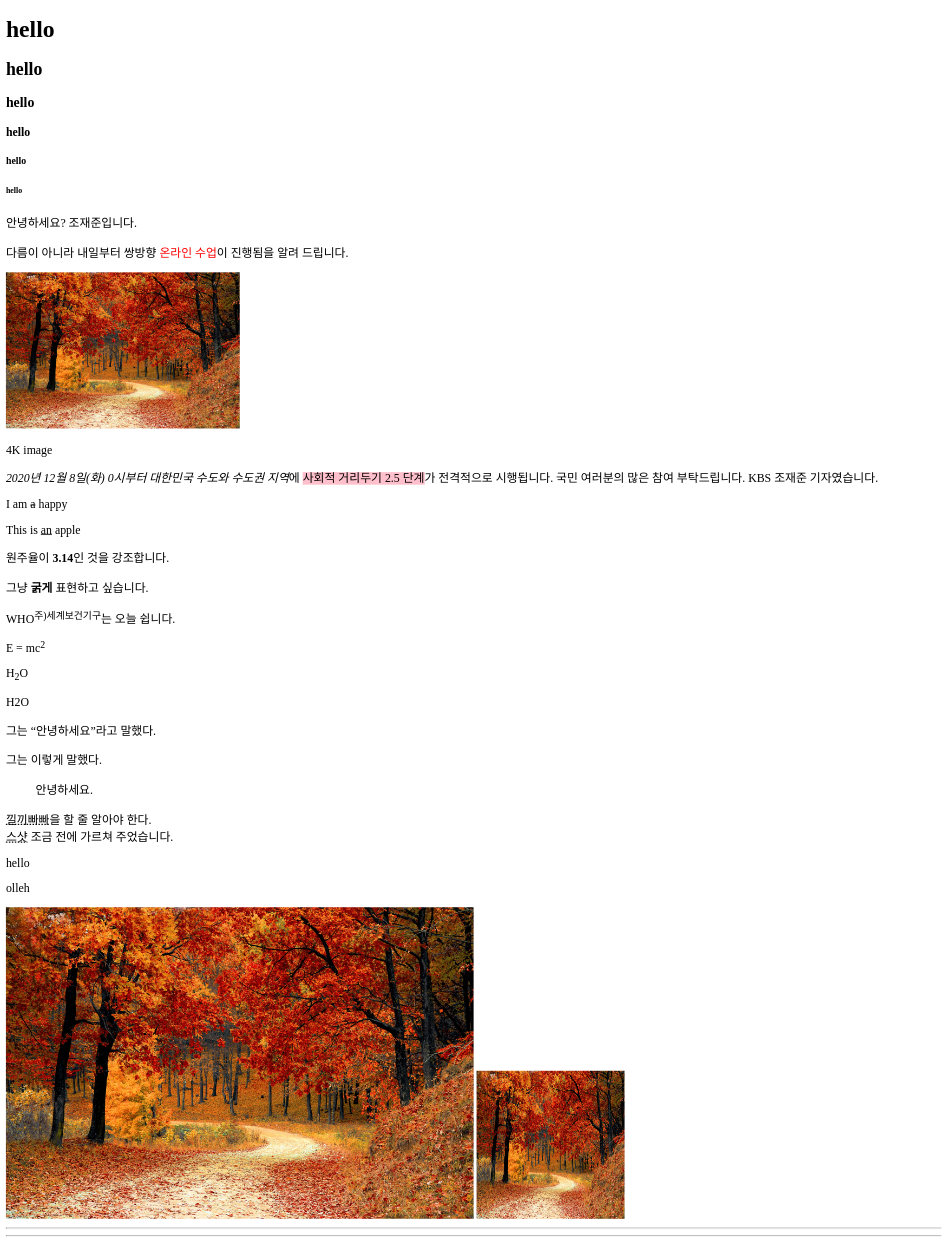
Repository: Chojaejun/javastudy
Page: HelloWorld/WebContent/f.html
The author's editor kept a copy of each file at every save. The page is drawn from the files as they stood at one save, then again after the next save.
The browser window is 1280 px wide. The pictures show the whole page, at 74% of full size.

Above is the page before, as saved 2020-12-07 06:27:35.

After the next save:
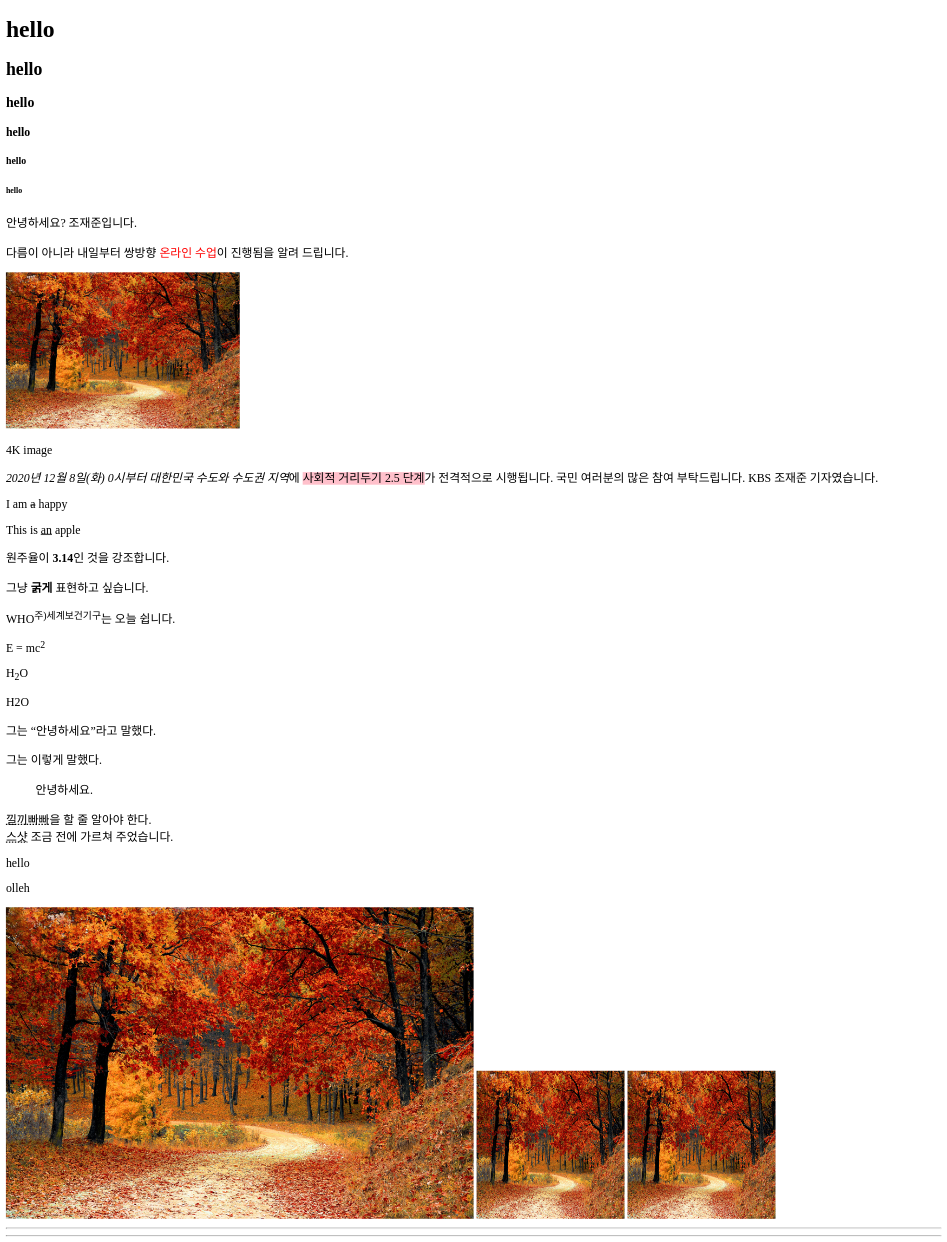
Saved 5 min 20 s later.
--- a/HelloWorld/WebContent/f.html
+++ b/HelloWorld/WebContent/f.html
@@ -83,6 +83,15 @@
 
 </map>
 
+<img alt="4k image" src="test.jpg" style="width: 200px; height: 200px;" usemap="#myMap2">
+<map name="myMap2">
+	<area alt="이미지의 왼쪽" shape="rect" coords="100,100,0,0" href="https://www.google.com">
+	<area alt="이미지의 오른쪽" shape="rect" coords="101,101,100,100" href="https://www.naver.com">
+
+
+</map>
+
+
 
 
 

After the 2 saves that followed:
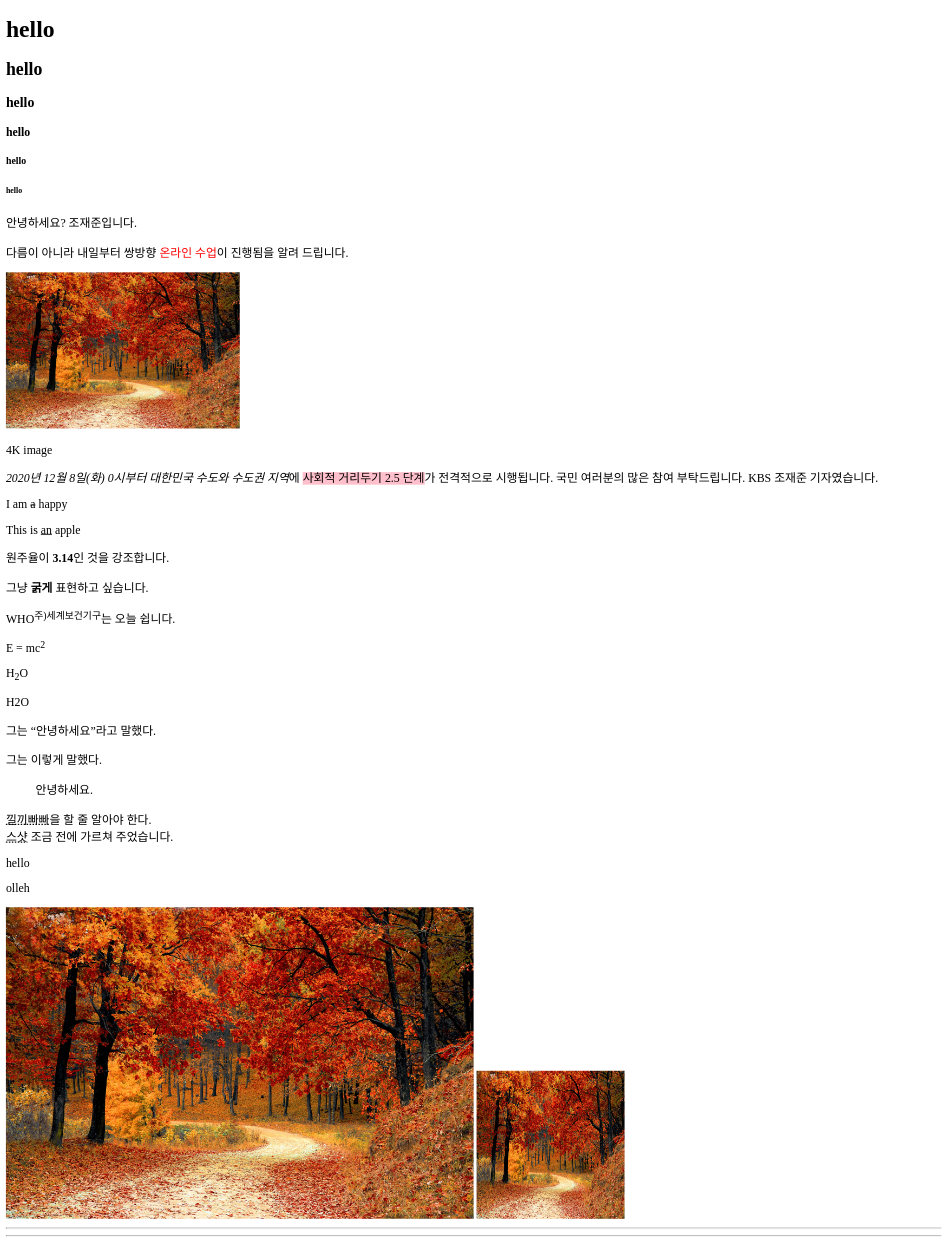
The 2 saves are shown as one change because 1 left the picture as it was.
The last was saved 4 min 20 s later.
--- a/HelloWorld/WebContent/f.html
+++ b/HelloWorld/WebContent/f.html
@@ -78,18 +78,11 @@
 <img alt="4k image" src="test.jpg" style="width: 200px; height: 200px;" usemap="#myMap">
 
 <map name="myMap">
-	<area alt="이미지의 왼쪽" shape="rect" coords="0, 0, 100, 100" href="https://www.google.com">
-	<area alt="이미지의 우측" shape="rect" coords="101, 101, 200, 200" href="https://www.naver.com">
+	<area alt="이미지의 왼쪽" shape="rect" coords="0,0,100,100" href="https://www.google.com">
+	<area alt="이미지의 우측" shape="rect" coords="101,101,200,200" href="https://www.naver.com">
 
 </map>
 
-<img alt="4k image" src="test.jpg" style="width: 200px; height: 200px;" usemap="#myMap2">
-<map name="myMap2">
-	<area alt="이미지의 왼쪽" shape="rect" coords="100,100,0,0" href="https://www.google.com">
-	<area alt="이미지의 오른쪽" shape="rect" coords="101,101,100,100" href="https://www.naver.com">
-
-
-</map>
 
 
 
